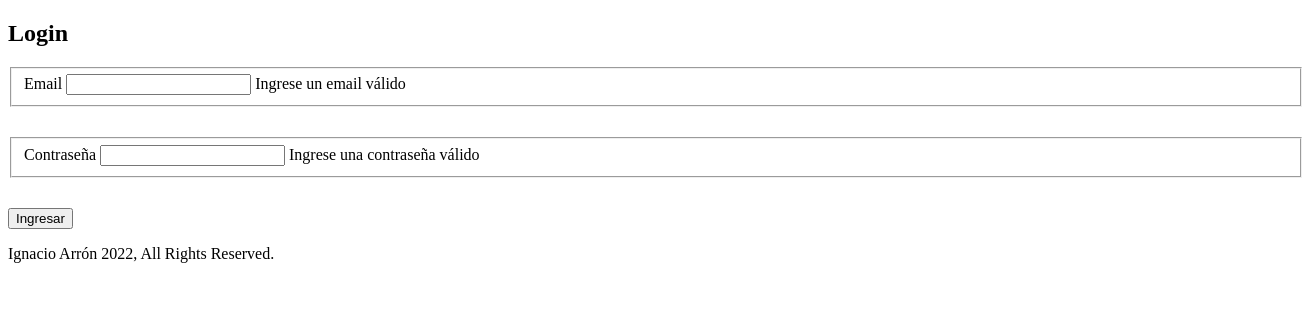
Repository: Divineridh/lppa-parcial2
Page: login.html
An editor plug-in stored every save of this project. The page is shown before and after the next save, followed by the edit.
The browser window is 1280 px wide. The page is 1302 px wide, so the pictures cover 1302 px, including what lies to the right of the window. The pictures show the whole page.

Above is the page before, as saved 2022-07-04 21:03:23.

After the next save:
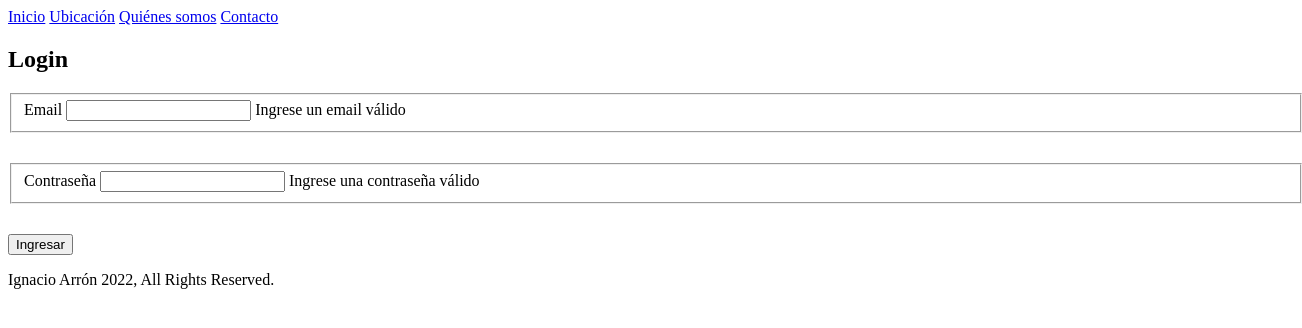
Saved 74 s later.
--- a/login.html
+++ b/login.html
@@ -10,7 +10,14 @@
     <title>Login page</title>
 </head>
 <body>
-    <header></header>
+    <header>
+        <nav>
+            <a href="#" target="_blank">Inicio</a>
+            <a href="#" target="_blank">Ubicación</a>
+            <a href="#" target="_blank">Quiénes somos</a>
+            <a href="#" target="_blank">Contacto</a>
+        </nav>
+    </header>
     <form class="login-form">
         <h2>Login</h2>
         <fieldset class="form-group">
